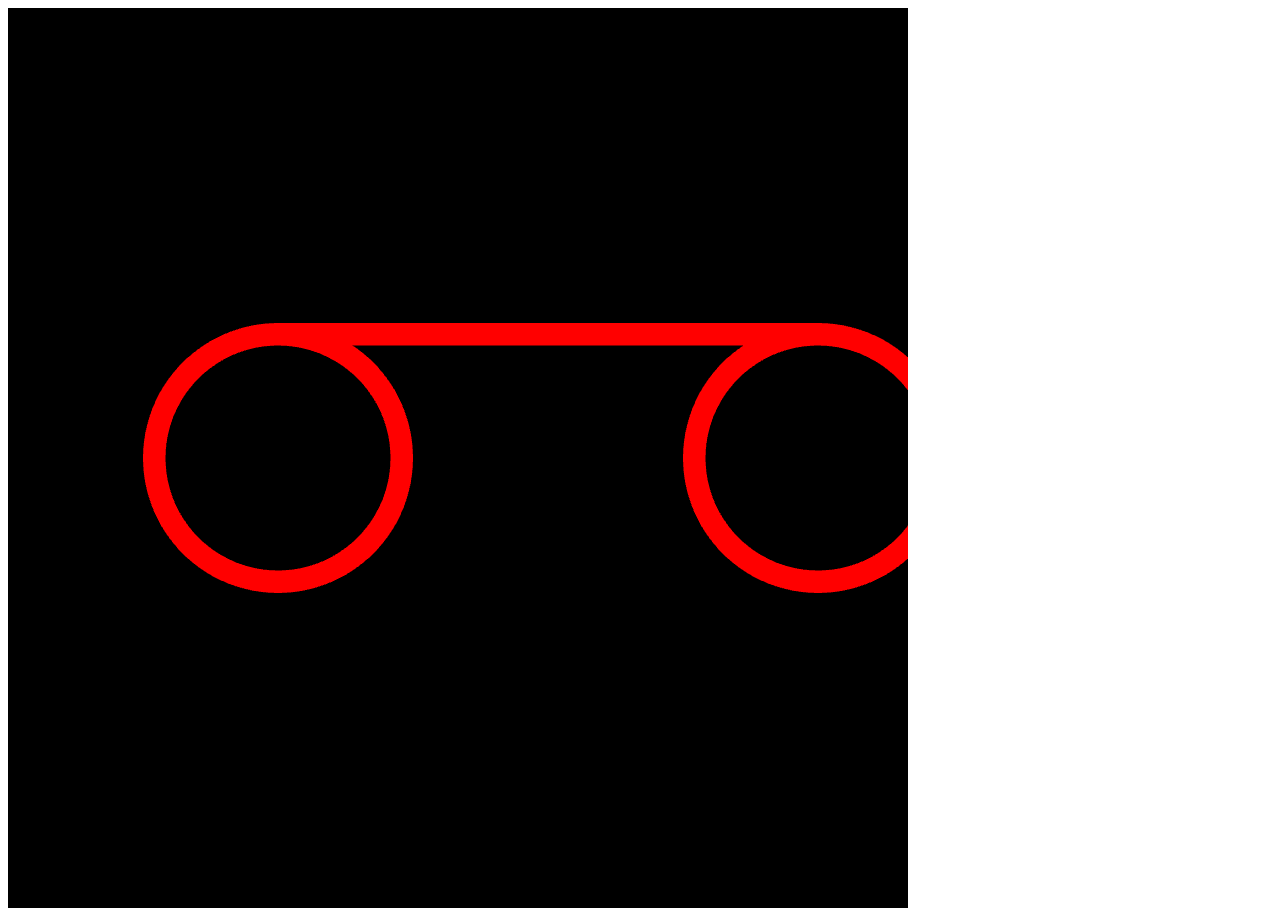
Repository: ChristeZeng/ComputerGraphics
Page: Lab2/Test.html
These files come from the project's save history. The page is drawn as it stood at one moment and after the next save; the edit follows.
The browser window is 1280 px wide. The pictures show the whole page.

Above is the page before, as saved 2021-10-02 17:23:16.

After the next save:
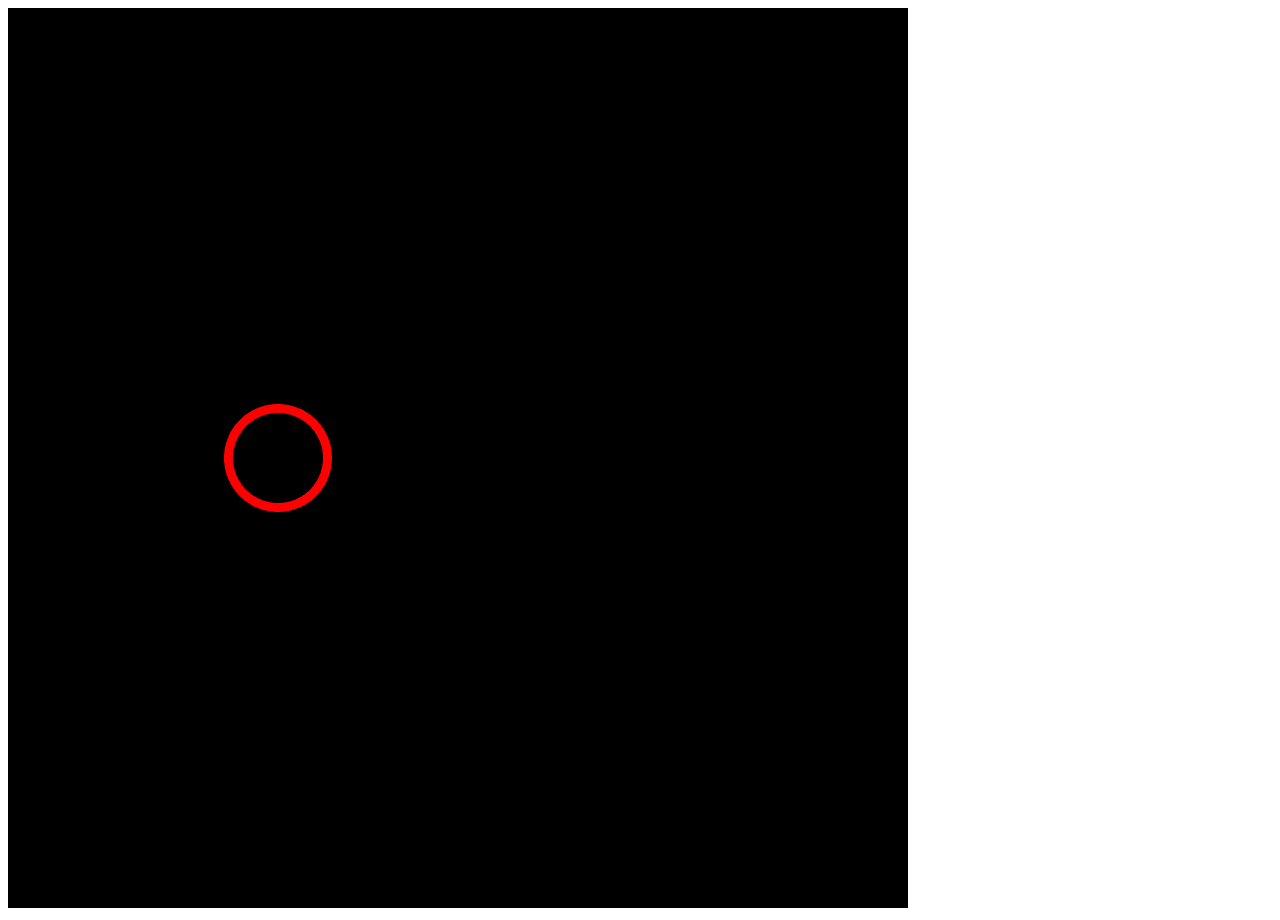
Saved 22 h 57 min later.
--- a/Lab2/Test.js
+++ b/Lab2/Test.js
@@ -78,8 +78,8 @@
 {
     var N = 100;
     var vertices = [];
-    var r_inner = 0.25;
-    var r_outter = 0.3;
+    var r_inner = 0.1;
+    var r_outter = 0.12;
 
     for (var i = 0; i <= N; i++)
     {
@@ -92,16 +92,16 @@
         vertices.push(x_outter, y_outter);
     }
 
-    for (var i = 0; i <= N; i++)
-    {
-        var theta = i * 2 * Math.PI / N;
-        var x_inner = 0.8 + r_inner * Math.sin(theta);
-        var y_inner = r_inner * Math.cos(theta);
-        var x_outter = 0.8 + r_outter * Math.sin(theta);
-        var y_outter = r_outter * Math.cos(theta);
-        vertices.push(x_inner, y_inner);
-        vertices.push(x_outter, y_outter);
-    }
+    // for (var i = 0; i <= N; i++)
+    // {
+    //     var theta = i * 2 * Math.PI / N;
+    //     var x_inner = 0.8 + r_inner * Math.sin(theta);
+    //     var y_inner = r_inner * Math.cos(theta);
+    //     var x_outter = 0.8 + r_outter * Math.sin(theta);
+    //     var y_outter = r_outter * Math.cos(theta);
+    //     vertices.push(x_inner, y_inner);
+    //     vertices.push(x_outter, y_outter);
+    // }
 
     //创建缓冲区对象
     const positionBuffer = gl.createBuffer();
